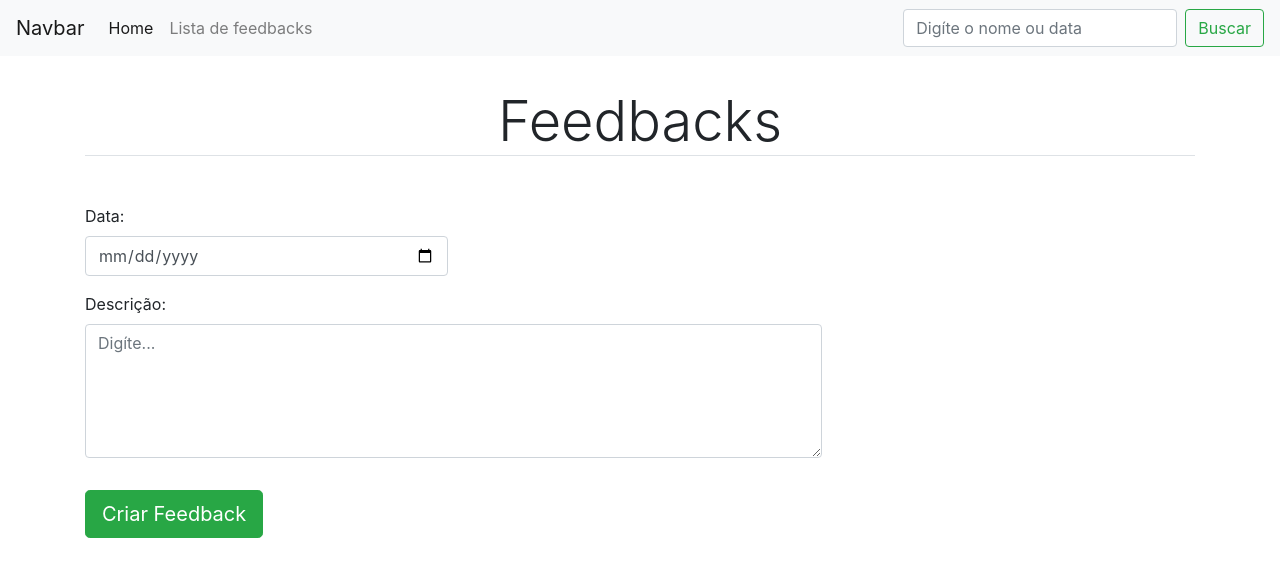
Repository: JulioSantooz/maisViagensSegundaVersao
Page: java-web(eclipse)/java-crud-mais-viagens/src/main/webapp/descricao.html
These files come from the project's save history. The page is drawn as it stood at one moment and after the next save; the edit follows.
The browser window is 1280 px wide. The pictures show the whole page.
Some web libraries are served in a nearby version.

Above is the page before, as saved 2022-02-06 15:22:26.

After the next save:
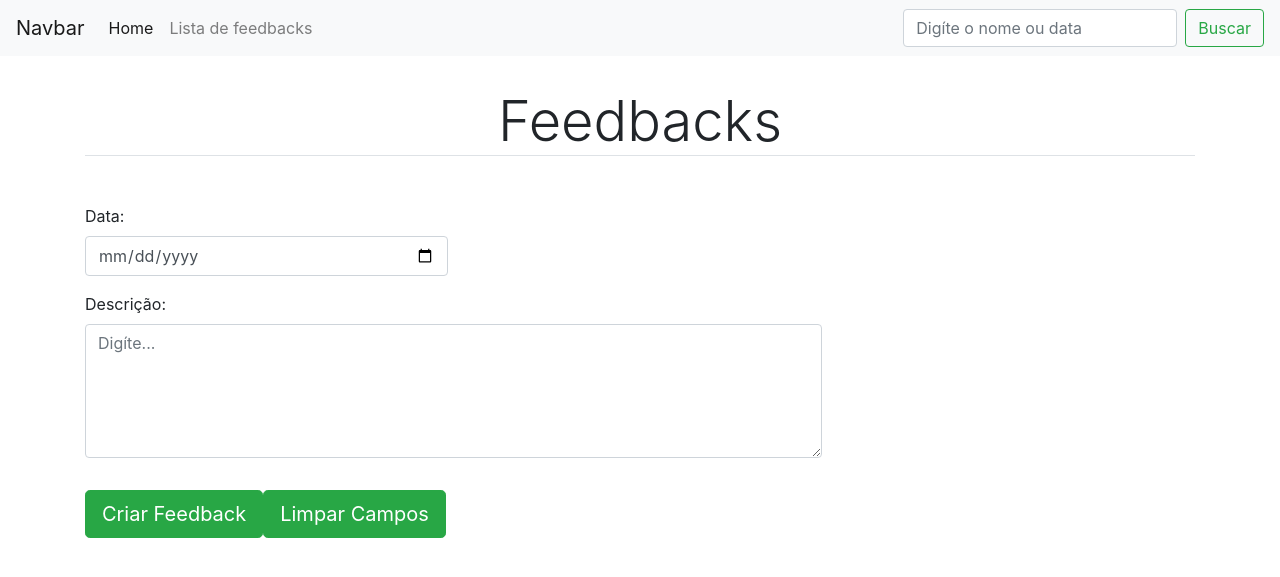
Saved 3 min 11 s later.
--- a/java-web(eclipse)/java-crud-mais-viagens/src/main/webapp/descricao.html
+++ b/java-web(eclipse)/java-crud-mais-viagens/src/main/webapp/descricao.html
@@ -41,10 +41,11 @@
                     </div>
                     <div class="form-group col-8">
                         <label for="" class="float-left">Descrição:</label>
-                        <textarea name="descricao" class="form-control" id="" rows="5" placeholder="Digíte..."></textarea>
+                        <textarea name="descricao" maxlength="300" class="form-control" id="" rows="5" placeholder="Digíte..."></textarea>
                     </div>
                 </div>
                 <button type="submit" class="btn btn-lg btn-success my-3 float-left">Criar Feedback</button>
+                <button type="reset" class="btn btn-lg btn-success my-3 float-left">Limpar Campos</button>
             </form>
 		</div>
 	</div>
